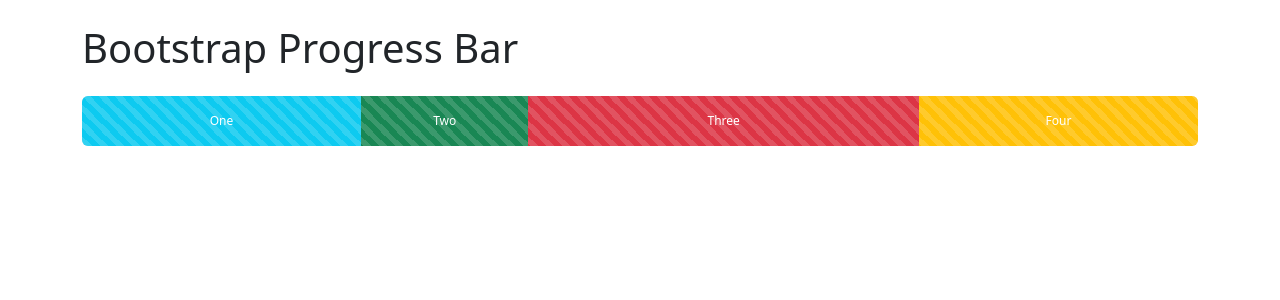
Repository: sarahlochhead/check-santas-list
Page: index-start.html
An editor plug-in stored every save of this project. The page is shown before and after the next save, followed by the edit.
The browser window is 1280 px wide. The pictures show the whole page.

Above is the page before, as saved 2022-11-29 14:42:30.

After the next save:
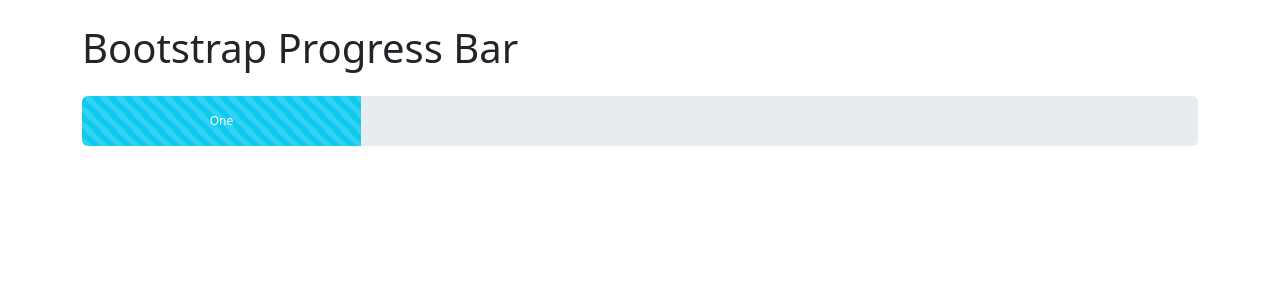
Saved 5 s later.
--- a/index-start.html
+++ b/index-start.html
@@ -28,9 +28,7 @@
                 <!-- STEP 8: Add a bootstrap background color to the progress-bar (bg-info) -->
                 <!-- STEP 9: Try adding a bootstrap class of .progress-bar-striped and .progress-bar-animated to the .progress-bar -->
                 <!-- STEP 10: Create three more inner divs .progress-bar and change the color and width. (copy/paste) -->
-                <div class="progress-bar bg-success progress-bar-striped progress-bar-animated" role="progressbar" aria-label="Status Progress Bar" style="width:15%" aria-valuenow="15" aria-valuemin="0" aria-valuemax="100">Two</div>
-                <div class="progress-bar bg-danger progress-bar-striped progress-bar-animated" role="progressbar" aria-label="Status Progress Bar" style="width:35%" aria-valuenow="35" aria-valuemin="0" aria-valuemax="100">Three</div>
-                <div class="progress-bar bg-warning progress-bar-striped progress-bar-animated" role="progressbar" aria-label="Status Progress Bar" style="width:25%;" aria-valuenow="25" aria-valuemin="0" aria-valuemax="100">Four</div>
+
 
 
             <!-- STEP 11: Set a height on the div.progress -->
